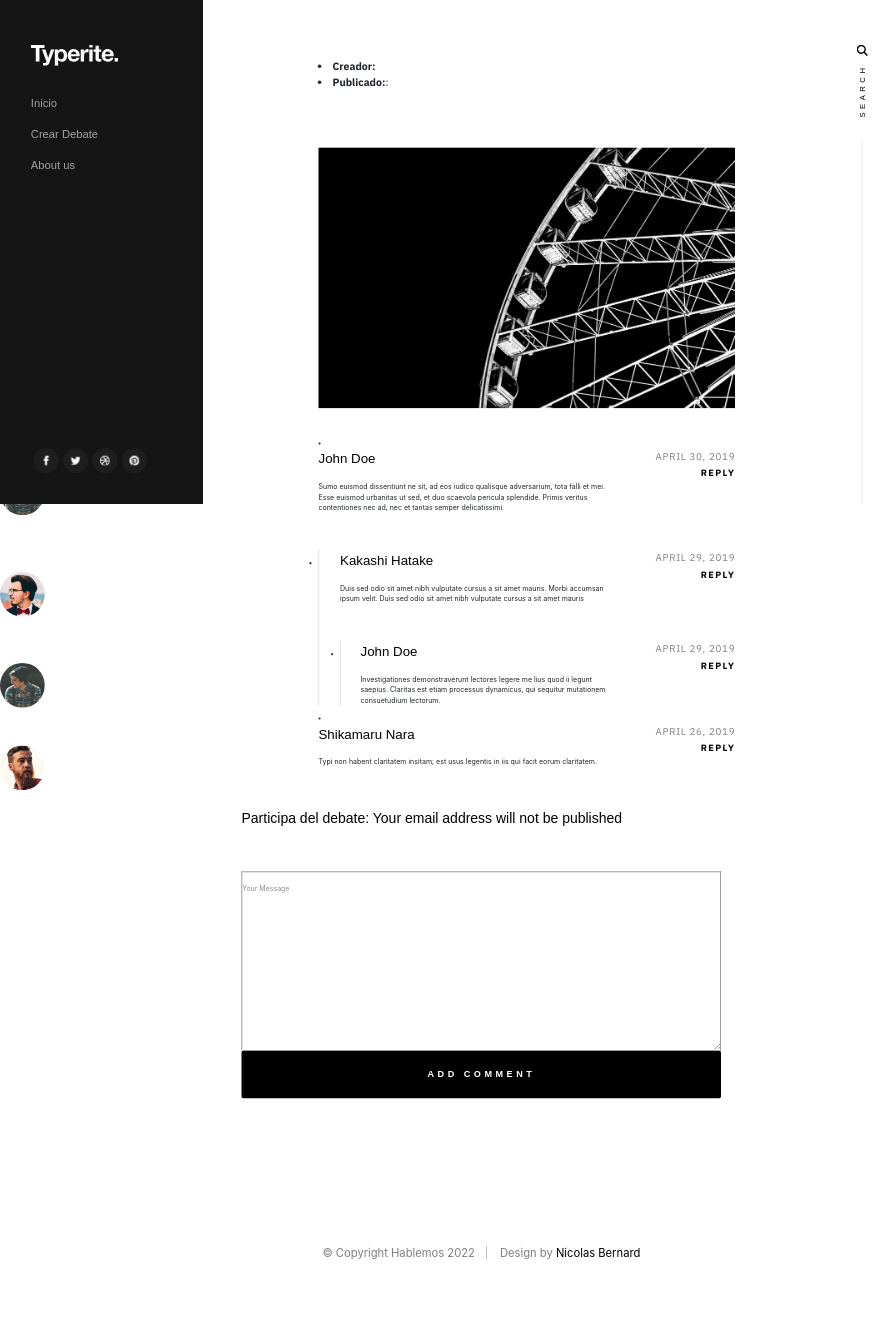
Repository: nicolasbernard01/Hablemos
Page: hablemosapp/templates/hablemosapp/leer_debate.html
The author's editor kept a copy of each file at every save. The page is drawn from the files as they stood at one save, then again after the next save.
The browser window is 1280 px wide. The pictures show the whole page, at 70% of full size.
Some web fonts or font styles are not loaded; a fallback is used. The page is served by the project's application, run on Django 4.2 (manage.py). Other server files are loaded and not shown. The template is opened directly, without the code that normally fills it, so the values that code supplies are empty.

Above is the page before, as saved 2022-07-21 22:45:36.

### hablemosapp/templates/hablemosapp/leer_debate.html
{% extends 'hablemosapp/debates.html' %}
{% load static %}
<!DOCTYPE html>
<html class="no-js" lang="en">
<head>

{% block contenido %}
<!-- site header
        ================================================== -->
        <header class="s-header">

            <div class="header__top">
                <div class="header__logo">
                    <a class="site-logo" href="{% url 'debates' %}">
                        <img src="{% static 'images/logo.svg' %}" alt="Homepage">
                    </a>
                </div>

                <div class="header__search">

                    <form role="search" method="get" class="header__search-form" action="#">
                        <label>
                            <span class="hide-content">Search for:</span>
                            <input type="search" class="header__search-field" placeholder="Type Keywords" value="" name="s" title="Search for:" autocomplete="off">
                        </label>
                        <input type="submit" class="header__search-submit" value="Search">
                    </form>

                    <a href="#0" title="Close Search" class="header__search-close">Close</a>

                </div>  <!-- end header__search -->

                <!-- toggles -->
                <a href="#0" class="header__search-trigger"></a>
                <a href="#0" class="header__menu-toggle"><span>Menu</span></a>

            </div> <!-- end header__top -->

            <nav class="header__nav-wrap">

                <ul class="header__nav">
                    <li><a href="{% url 'debates' %}" title="">Inicio</a></li>
                    <li><a href="{% url 'crear_debate' %}" title="">Crear Debate</a></li>
                    <li><a href="page-contact.html" title="">About us</a></li>
                </ul> <!-- end header__nav -->

                <ul class="header__social">
                    <li class="ss-facebook">
                        <a href="https://facebook.com/">
                            <span class="screen-reader-text">Facebook</span>
                        </a>
                    </li>
                    <li class="ss-twitter">
                        <a href="#0">
                            <span class="screen-reader-text">Twitter</span>
                        </a>
                    </li>
                    <li class="ss-dribbble">
                        <a href="#0">
                            <span class="screen-reader-text">Dribbble</span>
                        </a>
                    </li>
                    <li class="ss-pinterest">
                        <a href="#0">
                            <span class="screen-reader-text">Behance</span>
                        </a>
                    </li>
                </ul>
            </nav> <!-- end header__nav-wrap -->
        </header> <!-- end s-header -->


        <!-- site content
        ================================================== -->

        <div class="s-content content">
            <main class="row content__page">

                <article class="column large-full entry format-standard" style="justify-content:center">
                    {% if debate.imagen %}
                    <div class="media-wrap entry__media">
                        <div class="entry__post-thumb">
                            <img src="{{debate.imagen.url}}" style="width:100%; height: 550px; padding-left: 125px;">
                      </div>
                    </div>
                    {% endif %}
                    <div class="content__entry__header" style="padding-left: 130px;">
                        <h1 style= "font-size: 45px">
                            {{debate.titulo}}
                        </h1>
                        <ul>
                            <br>
                            <li class="author" style="font-size: 15px;"><b>Creador:</b> {{debate.autor.username}}</a></li>
                            <li class="date" style="font-size: 15px;"><b>Publicado:</b>: {{debate.creado}}</li>
                            <br>
                        </ul>
                    </div> <!-- end entry__header -->

                    <div style="padding-left: 130px;">

                        <p style="font-size: 20px;">
                        <b>{{debate.subtitulo}}</b>
                        </p>
                        <br>
                        <p style="font-size: 15px;">
                        {{debate.cuerpo}}
                        </p>

                        <p>
                        <img src="images/wheel-1000.jpg"
                             srcset="images/wheel-2000.jpg 2000w,
                                     images/wheel-1000.jpg 1000w,
                                     images/wheel-500.jpg 500w"
                                     sizes="(max-width: 2000px) 100vw, 2000px" alt="">
                        </p>

                        {% if cometario  %}
                                <div class="comments-wrap">

                                    <div id="comments" class="column large-12">


                                        <h3 class="h2">5 Comments</h3>

                                        <!-- START commentlist -->
                                        <ol class="commentlist">

                                            <li class="depth-1 comment">

                                                <div class="comment__avatar">
                                                    <img class="avatar" src="{% static 'images/avatars/user-01.jpg' %}" alt="" width="50" height="50">
                                                </div>

                                                <div class="comment__content">

                                                    <div class="comment__info">
                                                        <div class="comment__author">Itachi Uchiha</div>

                                                        <div class="comment__meta">
                                                            <div class="comment__time">April 30, 2019</div>
                                                            <div class="comment__reply">
                                                                <a class="comment-reply-link" href="#0">Reply</a>
                                                            </div>
                                                        </div>
                                                    </div>

                                                    <div class="comment__text">
                                                    <p>Adhuc quaerendum est ne, vis ut harum tantas noluisse, id suas iisque mei. Nec te inani ponderum vulputate,
                                                    facilisi expetenda has et. Iudico dictas scriptorem an vim, ei alia mentitum est, ne has voluptua praesent.</p>
                                                    </div>

                                                </div>

                                            </li> <!-- end comment level 1 -->
                                {% endif %}
                                            <li class="thread-alt depth-1 comment">

                                                <div class="comment__avatar">
                                                    <img class="avatar" src="{%static 'images/avatars/user-04.jpg'%}" alt="" width="50" height="50">
                                                </div>

                                                <div class="comment__content">

                                                    <div class="comment__info">
                                                        <div class="comment__author">John Doe</div>

                                                        <div class="comment__meta">
                                                            <div class="comment__time">April 30, 2019</div>
                                                            <div class="comment__reply">
                                                                <a class="comment-reply-link" href="#0">Reply</a>
                                                            </div>
                                                        </div>
                                                    </div>

                                                    <div class="comment__text">
                                                    <p>Sumo euismod dissentiunt ne sit, ad eos iudico qualisque adversarium, tota falli et mei. Esse euismod
                                                    urbanitas ut sed, et duo scaevola pericula splendide. Primis veritus contentiones nec ad, nec et
                                                    tantas semper delicatissimi.</p>
                                                    </div>

                                                </div>

                                                <ul class="children">

                                                    <li class="depth-2 comment">

                                                        <div class="comment__avatar">
                                                            <img class="avatar" src="{%static 'images/avatars/user-03.jpg'%}" alt="" width="50" height="50">
                                                        </div>

                                                        <div class="comment__content">

                                                            <div class="comment__info">
                                                                <div class="comment__author">Kakashi Hatake</div>

                                                                <div class="comment__meta">
                                                                    <div class="comment__time">April 29, 2019</div>
                                                                    <div class="comment__reply">
                                                                        <a class="comment-reply-link" href="#0">Reply</a>
                                                                    </div>
                                                                </div>
                                                            </div>

                                                            <div class="comment__text">
                                                                <p>Duis sed odio sit amet nibh vulputate
                                                                cursus a sit amet mauris. Morbi accumsan ipsum velit. Duis sed odio sit amet nibh vulputate
                                                                cursus a sit amet mauris</p>
                                                            </div>

                                                        </div>

                                                        <ul class="children">

                                                            <li class="depth-3 comment">

                                                                <div class="comment__avatar">
                                                                    <img class="avatar" src="{%static 'images/avatars/user-04.jpg'%}" alt="" width="50" height="50">
                                                                </div>

                                                                <div class="comment__content">

                                                                    <div class="comment__info">
                                                                        <div class="comment__author">John Doe</div>

                                                                        <div class="comment__meta">
                                                                            <div class="comment__time">April 29, 2019</div>
                                                                            <div class="comment__reply">
                                                                                <a class="comment-reply-link" href="#0">Reply</a>
                                                                            </div>
                                                                        </div>
                                                                    </div>

                                                                    <div class="comment__text">
                                                                    <p>Investigationes demonstraverunt lectores legere me lius quod ii legunt saepius. Claritas est
                                                                    etiam processus dynamicus, qui sequitur mutationem consuetudium lectorum.</p>
                                                                    </div>

                                                                </div>

                                                            </li>

                                                        </ul>

                                                    </li>

                                                </ul>

                                        </li> <!-- end comment level 1 -->

                                        <li class="depth-1 comment">

                                            <div class="comment__avatar">
                                                <img class="avatar" src="{%static 'images/avatars/user-02.jpg'%}" alt="" width="50" height="50">
                                            </div>

                                            <div class="comment__content">

                                                <div class="comment__info">
                                                    <div class="comment__author">Shikamaru Nara</div>

                                                    <div class="comment__meta">
                                                        <div class="comment__time">April 26, 2019</div>
                                                        <div class="comment__reply">
                                                            <a class="comment-reply-link" href="#0">Reply</a>
                                                        </div>
                                                    </div>
                                                </div>

                                                <div class="comment__text">
                                                <p>Typi non habent claritatem insitam; est usus legentis in iis qui facit eorum claritatem.</p>
                                                </div>

                                            </div>

                                        </li>  <!-- end comment level 1 -->

                                    </ol>
                                    <!-- END commentlist -->

                                </div> <!-- end comments -->

                                <div class="column large-12 comment-respond">

                                    <!-- START respond -->
                                    <div id="respond">

                                        <h3 class="h2">Participa del debate: <span>Your email address will not be published</span></h3>

                                        <form name="contactForm" id="contactForm" method="post" action="" autocomplete="off">
                                            <fieldset>

                                                <div class="message form-field">
                                                    <textarea name="cMessage" id="cMessage" class="full-width" placeholder="Your Message"></textarea>
                                                </div>

                                                <input name="submit" id="submit" class="btn btn--primary btn-wide btn--large full-width" value="Add Comment" type="submit">

                                            </fieldset>
                                        </form> <!-- end form -->

                                    </div>
                                    <!-- END respond-->

                                </div> <!-- end comment-respond -->

                            </div> <!-- end comments-wrap -->
                        </main>

                    </div> <!-- end s-content -->

{%endblock%}

### projectohablemos/urls.py
"""projectohablemos URL Configuration

The `urlpatterns` list routes URLs to views. For more information please see:
    https://docs.djangoproject.com/en/4.0/topics/http/urls/
Examples:
Function views
    1. Add an import:  from my_app import views
    2. Add a URL to urlpatterns:  path('', views.home, name='home')
Class-based views
    1. Add an import:  from other_app.views import Home
    2. Add a URL to urlpatterns:  path('', Home.as_view(), name='home')
Including another URLconf
    1. Import the include() function: from django.urls import include, path
    2. Add a URL to urlpatterns:  path('blog/', include('blog.urls'))
"""
from django.contrib import admin
from django.urls import path,include
from hablemosapp.views import *
from django.conf import settings
from django.conf.urls.static import static

urlpatterns = [

    path('admin/', admin.site.urls),
    path('', include('hablemosapp.urls')),
]


urlpatterns += static(settings.MEDIA_URL, document_root=settings.MEDIA_ROOT)

### hablemosapp/urls.py
from django.urls import path
from .views import *

urlpatterns = [

    path('login/', login_request, name='login'),
    path('register/', register_request, name='register'),
    path('logout/', logout_request, name='logout'),
    path('editar_perfil/', editar_perfil, name='editar_perfil'),
    path('user_avatar/', user_avatar, name='user_avatar'),
    path('enviar_mensaje/', enviar_mensaje, name='enviar_mensaje'),
    path('leer_mensajes/', leer_mensajes, name='leer_mensajes'),
    path('debates/', debates, name="debates"),
    path('crear_debate/', crear_debate, name="crear_debate"),
    path('leer_debate/<debate_id>', leer_debate, name='leer_debate'),
    path('debate/editar/<pk>', DebateUpdate.as_view(), name="debate_update"),
    path('debate/eliminar/<pk>', DebateDelete.as_view(), name="debate_delete"),

]

Loaded but not shown: static/js/modernizr.js (library); static/js/jquery-3.2.1.min.js (library); static/js/plugins.js (library); static/images/logo.svg (47 lines, source omitted); static/images/icons/social/icon-dribbble.svg (15 lines, source omitted); static/images/icons/social/icon-pinterest.svg (13 lines, source omitted); static/images/icons/social/icon-twitter.svg (12 lines, source omitted); static/images/icons/icon-search-w.svg (10 lines, source omitted); static/images/icons/social/icon-facebook.svg (8 lines, source omitted); static/images/icons/icon-arrow-up.svg (7 lines, source omitted); static/images/icons/icon-search.svg (1 lines, source omitted); static/js/main.js (291 lines, source omitted); static/css/main.css (3622 lines, source omitted); static/css/base.css (1300 lines, source omitted); hablemosapp/templates/hablemosapp/debates.html (254 lines, source omitted); static/css/vendor.css (531 lines, source omitted)

After the next save:
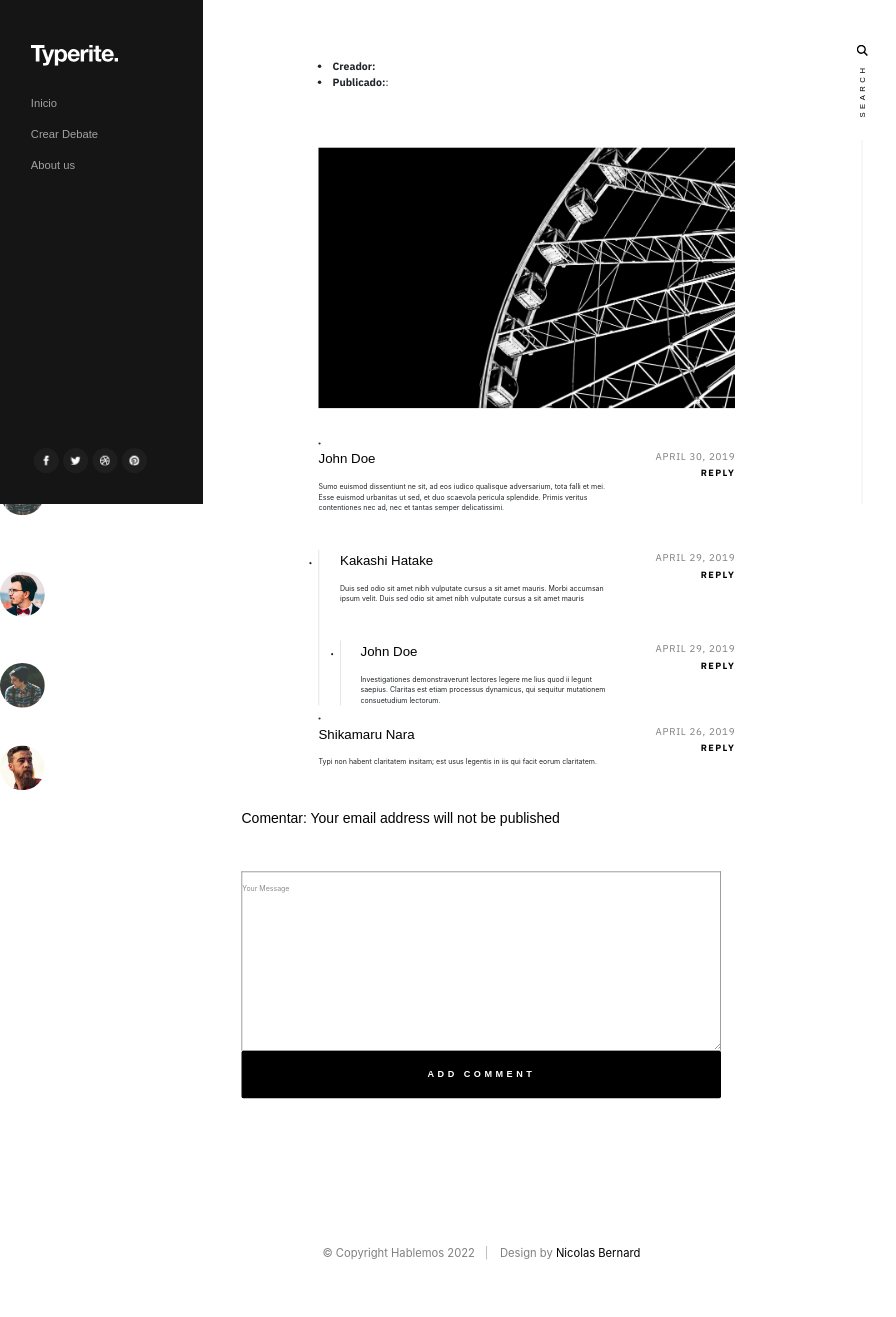
Saved 15 s later.
--- a/hablemosapp/templates/hablemosapp/leer_debate.html
+++ b/hablemosapp/templates/hablemosapp/leer_debate.html
@@ -284,7 +284,7 @@
                                     <!-- START respond -->
                                     <div id="respond">
 
-                                        <h3 class="h2">Participa del debate: <span>Your email address will not be published</span></h3>
+                                        <h3 class="h2">Comentar: <span>Your email address will not be published</span></h3>
 
                                         <form name="contactForm" id="contactForm" method="post" action="" autocomplete="off">
                                             <fieldset>
